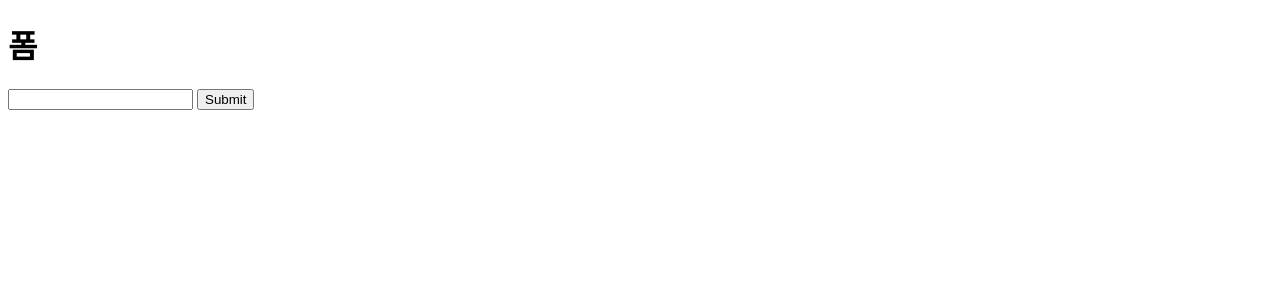
Repository: sungken/htmlProject
Page: ClientTest/src/main/webapp/html/ex18_from.html
An editor plug-in stored every save of this project. The page is shown before and after the next save, followed by the edit.
The browser window is 1280 px wide. The pictures show the whole page.

Above is the page before, as saved 2024-03-14 00:11:16.

### ClientTest/src/main/webapp/html/ex18_from.html
<!DOCTYPE html>
<html>
<head>
<meta charset="UTF-8">
<title>Insert title here</title>
</head>
<body>
<!-- ex18_from.html -->
<!--

	<form>, 폼

	HTML Form + HTML Input Control
	- 입력 양식
	- 클라이언트(사용자)로부터 입력장치(키보드, 마우스 등)을 통해서 데이터를 입력받는 역할 + 서버로 전송하는 역할
	- ex) 텍스트 박스, 라디오 버튼, 테크박스, 셀레그 박스 등...


	<form> 태그
	- 스스로 렌더링 결과를 만들지 않는다.(화면에 안보임)

 -->
	<h1>폼</h1>
	<form>
		<input type="text"><!-- 텍스트 박스 -->
		<input type="submit"><!-- 텍스트 박스 -->


	</form>




</body>
</html>

After the next save:
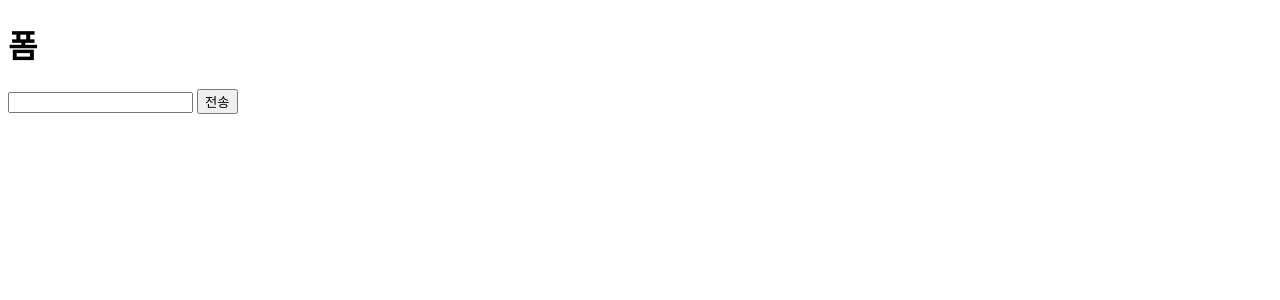
Saved 21 s later.
--- a/ClientTest/src/main/webapp/html/ex18_from.html
+++ b/ClientTest/src/main/webapp/html/ex18_from.html
@@ -23,7 +23,7 @@
 	<h1>폼</h1>
 	<form>
 		<input type="text"><!-- 텍스트 박스 -->
-		<input type="submit"><!-- 텍스트 박스 -->
+		<input type="submit" value="전송"><!-- 텍스트 박스 -->
 
 
 	</form>
